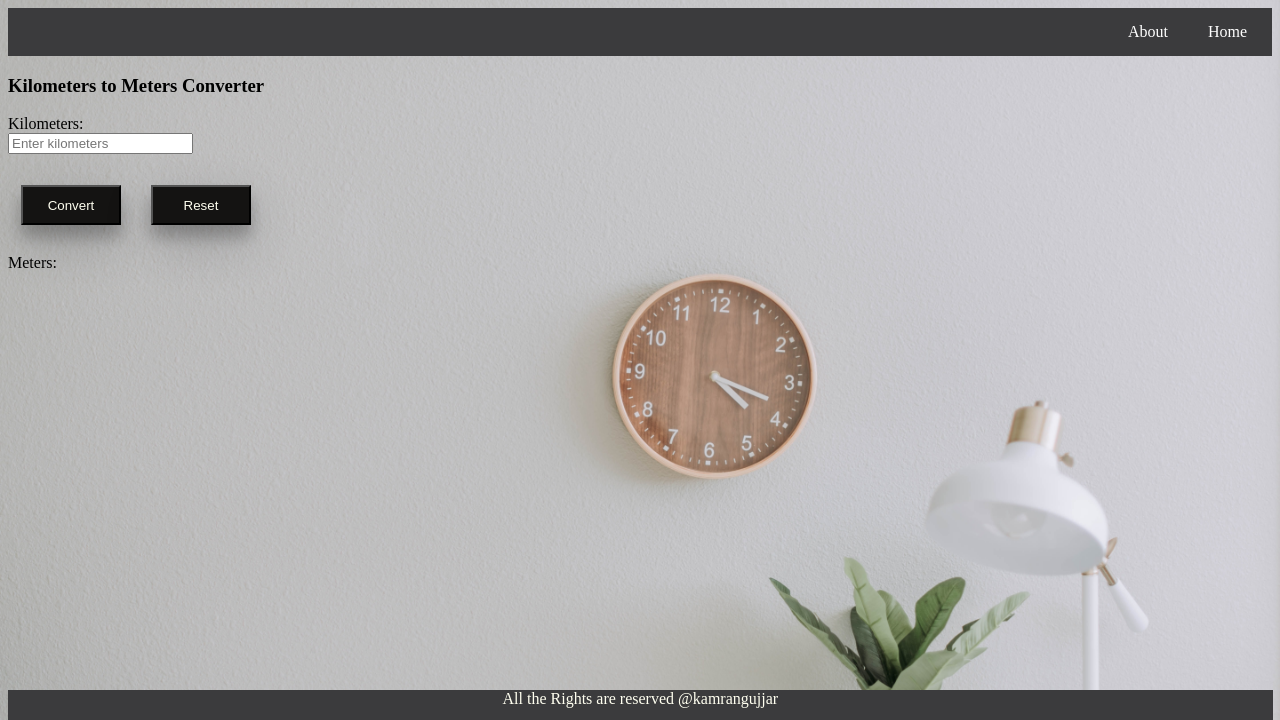
Repository: Kamrangujjar85112/Length-Converter
Page: html/km_m.html
These files come from the project's save history. The page is drawn as it stood at one moment and after the next save; the edit follows.
The browser window is 1280 px wide. The pictures show the whole page.

Above is the page before, as saved 2022-01-21 22:49:48.

### html/km_m.html
<!-- kilometers to meters -->
<!DOCTYPE html>
<html lang="en">
<head>
    <meta charset="UTF-8">
    <meta http-equiv="X-UA-Compatible" content="IE=edge">
    <meta name="viewport" content="width=device-width, initial-scale=1.0">
    <title>KM to Meters</title>
    <link rel="stylesheet" href="../css/style.css">
</head>
<body>
    <div class="container ">
        <div class="header">
            <nav>
                <ul class="nav-ul">
                    <li class="nav-li"><a href="home.html">Home</a></li>
                    <li class="nav-li"><a href="about.html">About</a></li>
                </ul>
            </nav>
        </div>
        <div class="box">
            <h3>Kilometers to Meters Converter</h3>

            <label>Kilometers:</label><br>
            <input type="number" id="kilometersToMeters" placeholder="Enter kilometers" value=""><br><br>
            <button id="convert">Convert</button>
            <input type="reset" value="Reset" id="reset"><br>
            <p>Meters: <span id="kmToM"></span></p>

    </div>
            <footer class="footer">
                <span>All the Rights are reserved @kamrangujjar</span>
              </footer>
    </div>
    <script src="../js/converter.js"></script>
</body>
</html>

### css/style.css
  body{
    background-image: url('backg.jpg');
    background-repeat: no-repeat;
    background-attachment: fixed;
    background-size: cover;

}
.aboutclass {
    background-color: ivory;
    list-style: none;
    margin: auto;
    width: 50%;
    padding-bottom: 30px;
    margin-bottom: 20px;
    color: #3F51B5;
}
.listFlex {
    display: flex;
    align-items: center;
    list-style: none;
}

img {
  width: 300px;
  height: 300px;
  padding-left: 150px;
}
.header{
    top: 0;
    width: 100%;
    margin: 0;
    position: relative;

}
.nav-ul{
    list-style-type: none;
    margin: 0;
    overflow: hidden;
    background: rgb(59, 59, 61);
  }

.nav-li {
    padding-right: 10px;
    float: right;
    align-items: inherit;
}

.nav-li a {
    display: block;
    color: rgb(255, 255, 255);
    text-align:center;
    padding: 15px 15px;
    text-decoration: none;
}
.link {
    list-style: none;
    text-align: left;
    align-items: left;
    margin: 10px;
    width: 300px;
}
.nav-li a:hover {
    background-color: #0ac577;
}
footer{
    bottom: 0;
    width: 98.8%;
    position: fixed;
    color: ivory;
    height: 30px;
    text-align: center;
    background: rgb(59, 59, 61);
}
button{
    width: 100%;
    height:40px;
    color: ivory;
    background-color: #141312;
    margin:13px;
    box-shadow: 0 12px 16px 0 rgba(0,0,0,0.24), 0 17px 50px 0 rgba(0,0,0,0.19);
}
#convert{
    width: 100px;
    height:40px;
    color: ivory;
    background-color: #141312;
    margin:13px;
    box-shadow: 0 12px 16px 0 rgba(0,0,0,0.24), 0 17px 50px 0 rgba(0,0,0,0.19);
}
#reset{
    width: 100px;
    height:40px;
    color: ivory;
    background-color: #141312;
    margin:13px;
    box-shadow: 0 12px 16px 0 rgba(0,0,0,0.24), 0 17px 50px 0 rgba(0,0,0,0.19);
}
.flex-container {
    margin-top: 50px;
    margin-left: 430px;
    display: flex;
    justify-content: center;
    align-items: center;
    height: 300px;
    width: 400px;
    background-color: rgb(218, 218, 226);
    text-align: center;
  }

### js/converter.js
const inputCmToMm = document.getElementById('centimetersToMilimeters');
const inputMiToKm = document.getElementById('milesToKilometers');
const inputMToCm = document.getElementById('metersToCentimeters');
const inputCmToKm = document.getElementById('centimetersToKilometers');
const inputKmToM = document.getElementById('kilometersToMeters');
const inputMiToM = document.getElementById('milesToMeters');
const inputFValue = document.getElementById('firstValue');
const inputSValue = document.getElementById('secondValue');
const p = document.getElementById('percent');
const convert = document.getElementById('convert');
const reset = document.getElementById('reset');



// // Converter
// centimeters To kilometers
convert?.addEventListener('click', function converter(){

if(inputCmToKm?.value){
    const Km2 = inputCmToKm?.value / 100000;
    document.getElementById('cmToKm').innerHTML = inputCmToKm?.value +' Centimeters are equal to ' +Km2 + ' Kilometers';
}
// centimeters To Milimeters
if(inputCmToMm?.value){
    const Mm = inputCmToMm?.value * 10;
    document.getElementById('cmToMm').innerHTML = inputCmToMm?.value +' Centimeters are equal to ' +Mm + ' Milimeters';
}
// Miles to kilometers
if(inputMiToKm?.value){
    const Km1 = inputMiToKm?.value * 1.609;
    document.getElementById('miToKm').innerHTML = inputMiToKm?.value +' Miles are equal to ' +Km1 + ' Kilometers';
}
// Meters to Centimeters
if(inputMToCm?.value){
    const Cm1 = inputMToCm?.value * 100;
    document.getElementById('mToCm').innerHTML = inputMToCm?.value +' Meters are equal to ' +Cm1 + ' Centimeters';
}
// kilometers To meters
if(inputKmToM?.value){
    const M1 = inputKmToM?.value * 1000;
    document.getElementById('kmToM').innerHTML = inputKmToM?.value +' Kilometers are equal to ' +M1 + ' Meters';
}
// Miles To meters
if(inputMiToM?.value){
    const M2 = inputMiToM?.value * 1609;
    document.getElementById('miToM').innerHTML = inputMiToM?.value +' Miles are equal to ' +M2 + ' Meters';
}
// percentage
if(inputFValue?.value || inputSValue?.value){
    const fValue = inputFValue?.value;
    const sValue = inputSValue?.value;
    const p = fValue * 100 / sValue;
    document.getElementById('percent').innerHTML = 'The Percentage of ' + fValue +' in ' +sValue + ' is ' + p ;
}
});

// // reset

reset?.addEventListener('click', function reset(){

// centimeters To kilometers
if(inputCmToKm?.value){
document.getElementById('centimetersToKilometers').value = "";
document.getElementById('cmToKm').innerHTML = "";
}
// centimeters To Milimeters
if(inputCmToMm?.value){
    document.getElementById('centimetersToMilimeters').value= "";
    document.getElementById('cmToMm').innerHTML = "";
}
// Miles to kilometers
if(inputMiToKm?.value){
    document.getElementById('milesToKilometers').value = "";
    document.getElementById('miToKm').innerHTML = "";
}
// Meters to Centimeters
if(inputMToCm?.value){
    document.getElementById('metersToCentimeters').value = "";
    document.getElementById('mToCm').innerHTML = "";
}
// kilometers To meters
if(inputKmToM?.value){
    document.getElementById('kilometersToMeters').value = "";
    document.getElementById('kmToM').innerHTML = "";
}
// Miles To Meters
if(inputMiToM?.value){
    document.getElementById('milesToMeters').value = "";
    document.getElementById('miToM').innerHTML = "";
}
// percentage
if(inputFValue?.value || inputSValue?.value){
    document.getElementById('firstValue').value = "";
    document.getElementById('secondValue').value = "";
    document.getElementById('percent').innerHTML = "";
}
});

After the next save:
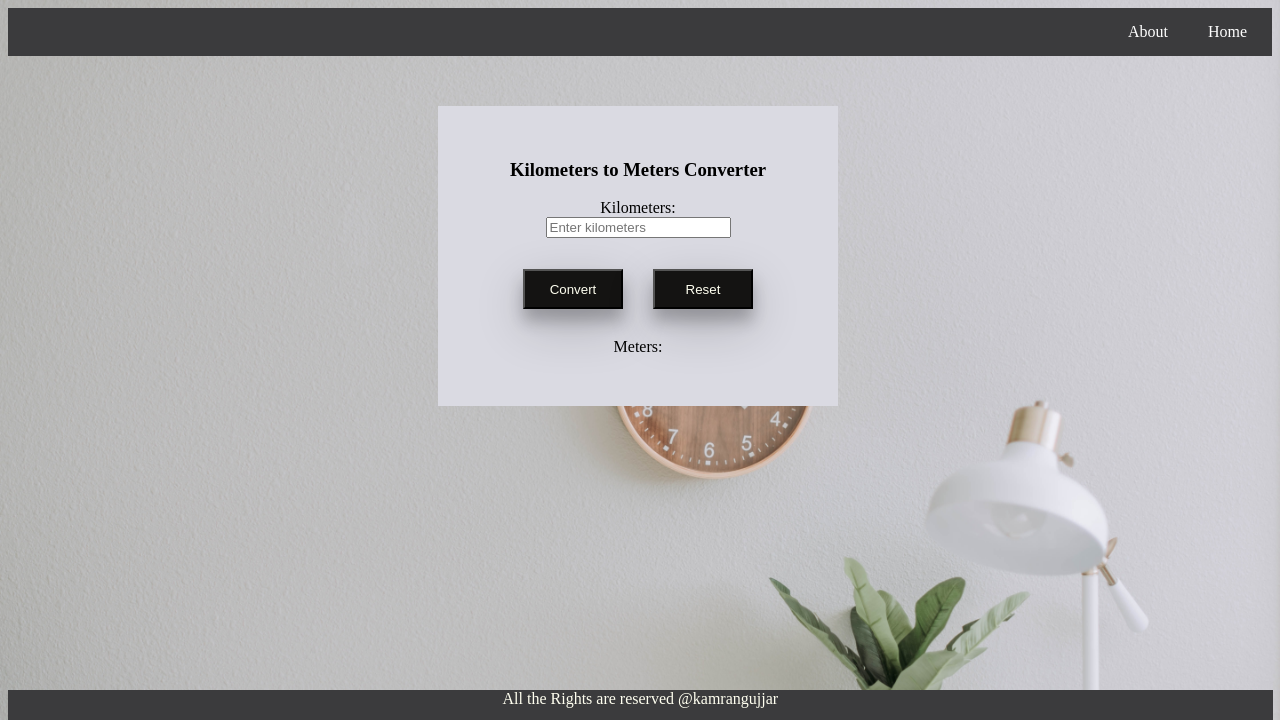
Saved 69 s later.
--- a/html/km_m.html
+++ b/html/km_m.html
@@ -18,7 +18,8 @@
                 </ul>
             </nav>
         </div>
-        <div class="box">
+    <div class="flex-container">
+        <div>
             <h3>Kilometers to Meters Converter</h3>
 
             <label>Kilometers:</label><br>
@@ -26,7 +27,7 @@
             <button id="convert">Convert</button>
             <input type="reset" value="Reset" id="reset"><br>
             <p>Meters: <span id="kmToM"></span></p>
-
+        </div>
     </div>
             <footer class="footer">
                 <span>All the Rights are reserved @kamrangujjar</span>
